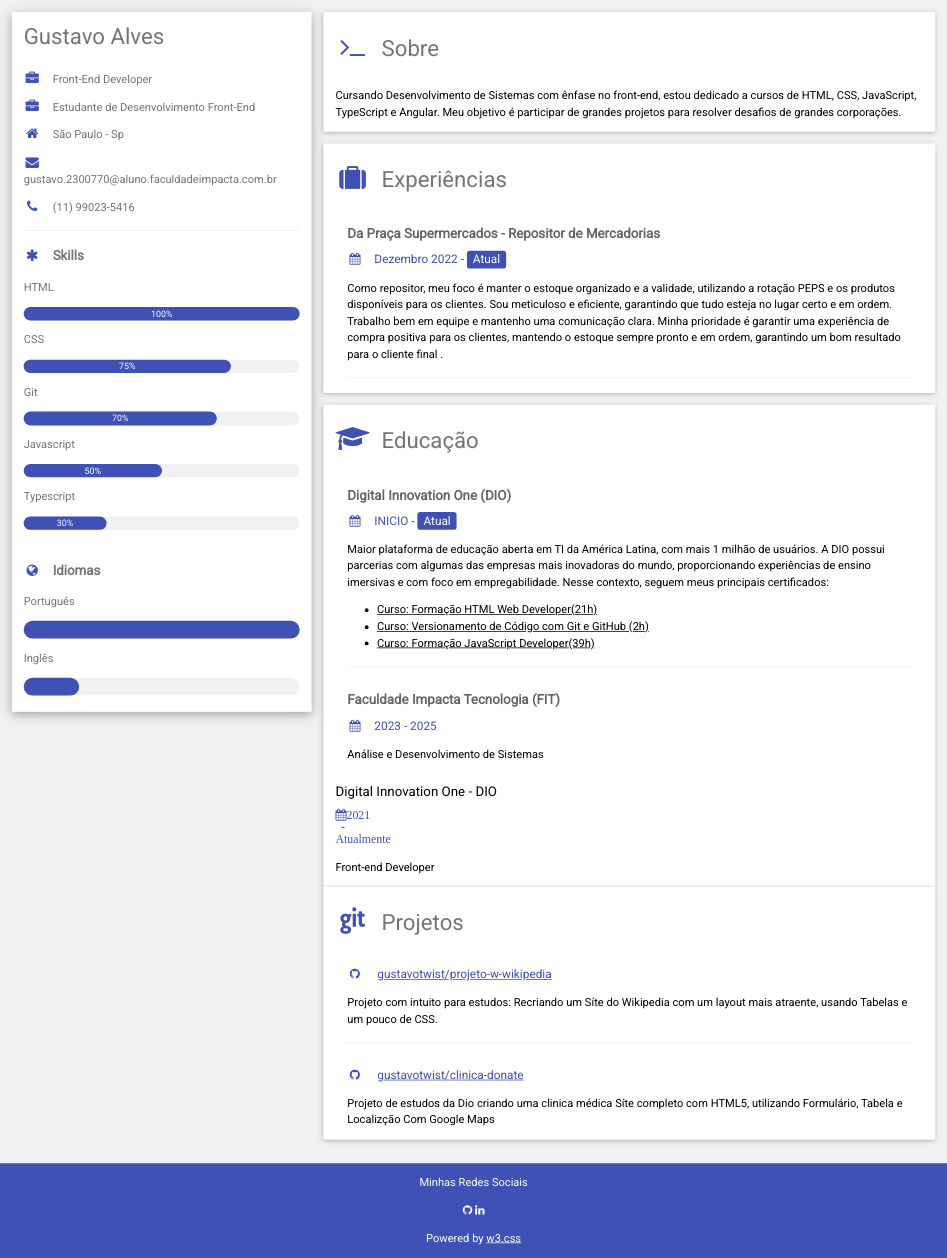
Repository: gustavotwist/cv
Page: index.html
The author's editor kept a copy of each file at every save. The page is drawn from the files as they stood at one save, then again after the next save.
The browser window is 1280 px wide. The pictures show the whole page, at 74% of full size.

Above is the page before, as saved 2024-06-19 22:10:26.

### index.html
<!DOCTYPE html>
<!-- @falvojr: Reference article https://www.w3schools.com/howto/howto_website_create_resume.asp -->
<!-- @falvojr: Useful link to use fontawesome (fa) icons: https://fontawesome.com/v4/icons/ -->
<html lang="pt-BR">

  <head>
    <title>Gustavo Alves</title>

    <meta http-equiv="Content-Type" content="text/html; charset=UTF-8">
    <meta name="viewport" content="width=device-width, initial-scale=1">

    <link rel="stylesheet" href="https://www.w3schools.com/w3css/4/w3.css">
    <link rel='stylesheet' href='https://fonts.googleapis.com/css?family=Roboto'>
    <link rel="stylesheet" href="https://cdnjs.cloudflare.com/ajax/libs/font-awesome/4.7.0/css/font-awesome.min.css">

    <style>
      html,body,h1,h2,h3,h4,h5,h6 {font-family: "Roboto", sans-serif}
    </style>

  </head>

  <body class="w3-light-grey" cz-shortcut-listen="true">

    <!-- Page Container -->
    <div class="w3-content w3-margin-top" style="max-width:1400px;">

      <!-- The Grid -->
      <div class="w3-row-padding">

        <!-- Left Column -->
        <div class="w3-third">

          <div class="w3-white w3-text-grey w3-card-4">
            <!-- @falvojr: This container has been modified to not use a profile picture. -->
            <div class="w3-container">
              <h2>Gustavo Alves</h2>
            </div>
            <div class="w3-container">
              <p><i class="fa fa-briefcase fa-fw w3-margin-right w3-large w3-text-indigo"></i>Front-End Developer</p>
              <p><i class="fa fa-briefcase fa-fw w3-margin-right w3-large w3-text-indigo"></i>Estudante de Desenvolvimento Front-End</p>
              <p><i class="fa fa-home fa-fw w3-margin-right w3-large w3-text-indigo"></i>São Paulo - Sp</p>
              <p><i class="fa fa-envelope fa-fw w3-margin-right w3-large w3-text-indigo"></i>gustavo.2300770@aluno.faculdadeimpacta.com.br</p>
              <p><i class="fa fa-phone fa-fw w3-margin-right w3-large w3-text-indigo"></i>(11) 99023-5416</p>
              <hr>

              <p class="w3-large">
                <b><i class="fa fa-asterisk fa-fw w3-margin-right w3-text-indigo"></i>Skills</b>
              </p>
              <p>HTML</p>
              <div class="w3-light-grey w3-round-xlarge w3-small">
                <div class="w3-container w3-center w3-round-xlarge w3-indigo" style="width:100%">100%</div>
              </div>
              <p>CSS</p>
              <div class="w3-light-grey w3-round-xlarge w3-small">
                <div class="w3-container w3-center w3-round-xlarge w3-indigo" style="width:75%">75%</div>
              </div>
              <p>Git</p>
              <div class="w3-light-grey w3-round-xlarge w3-small">
                <div class="w3-container w3-center w3-round-xlarge w3-indigo" style="width:70%">70%</div>
              </div>
              <p>Javascript</p>
              <div class="w3-light-grey w3-round-xlarge w3-small">
                <div class="w3-container w3-center w3-round-xlarge w3-indigo" style="width:50%">50%</div>
              </div>
              <p>Typescript</p>
              <div class="w3-light-grey w3-round-xlarge w3-small">
                <div class="w3-container w3-center w3-round-xlarge w3-indigo" style="width:30%">30%</div>
              </div>
              <br>
              <p class="w3-large w3-text-theme">
                <b><i class="fa fa-globe fa-fw w3-margin-right w3-text-indigo"></i>Idiomas</b>
              </p>
              <p>Português</p>
              <div class="w3-light-grey w3-round-xlarge">
                <div class="w3-round-xlarge w3-indigo" style="height:24px;width:100%"></div>
              </div>
              <p>Inglês</p>
              <div class="w3-light-grey w3-round-xlarge">
                <div class="w3-round-xlarge w3-indigo" style="height:24px;width:20%"></div>
              </div>
              <br>
            </div>
          </div><br>

          <!-- End Left Column -->
        </div>

        <!-- Right Column -->
        <div class="w3-twothird">

          <div class="w3-container w3-card w3-white w3-margin-bottom">
            <h2 class="w3-text-grey w3-padding-16"><i class="fa fa-terminal fa-fw w3-margin-right w3-xxlarge w3-text-indigo"></i>Sobre</h2>
            <p>Cursando Desenvolvimento de Sistemas com ênfase no front-end, estou dedicado a cursos de HTML, CSS, JavaScript, TypeScript e Angular. Meu objetivo é participar de grandes projetos para resolver desafios de grandes corporações.</p>
          </div>

          <div class="w3-container w3-card w3-white w3-margin-bottom">
            <h2 class="w3-text-grey w3-padding-16">
              <i class="fa fa-suitcase fa-fw w3-margin-right w3-xxlarge w3-text-indigo"></i>Experiências
            </h2>
            <div class="w3-container">
              <h5 class="w3-opacity"><b>Da Praça Supermercados - Repositor de Mercadorias</b></h5>
              <h6 class="w3-text-indigo"><i class="fa fa-calendar fa-fw w3-margin-right"></i>Dezembro 2022 - <span class="w3-tag w3-indigo w3-round">Atual</span></h6>
              <p>Como repositor, meu foco é manter o estoque organizado e a validade, utilizando a rotação PEPS e os produtos disponíveis para os clientes. Sou meticuloso e eficiente, garantindo que tudo esteja no lugar certo e em ordem. Trabalho bem em equipe e mantenho uma comunicação clara. Minha prioridade é garantir uma experiência de compra positiva para os clientes, mantendo o estoque sempre pronto e em ordem, garantindo um bom resultado para o cliente final .</p>
              <hr>
            </div>
          </div>

          <div class="w3-container w3-card w3-white">
            <h2 class="w3-text-grey w3-padding-16">
              <i class="fa fa-graduation-cap fa-fw w3-margin-right w3-xxlarge w3-text-indigo"></i>Educação
            </h2>
            <div class="w3-container">
              <h5 class="w3-opacity"><b>Digital Innovation One (DIO)</b></h5>
              <h6 class="w3-text-indigo"><i class="fa fa-calendar fa-fw w3-margin-right"></i>INICIO - <span class="w3-tag w3-indigo w3-round">Atual</span></h6>
              <p>
                Maior plataforma de educação aberta em TI da América Latina, com mais 1 milhão de usuários.
                A DIO possui parcerias com algumas das empresas mais inovadoras do mundo, proporcionando experiências
                de ensino imersivas e com foco em empregabilidade. Nesse contexto, seguem meus principais certificados:
              </p>
              <ul>
                <li><a href="https://www.dio.me/certificate/VDSNYTO5" target="_blank">Curso: Formação HTML Web Developer(21h)</a></li>
                <li><a href="https://www.dio.me/certificate/EA66CA6A" target="_blank">Curso: Versionamento de Código com Git e GitHub (2h)</a></li>
                <li><a href="https://www.dio.me/certificate/OST0WIWG" target="_blank">Curso: Formação JavaScript Developer(39h)</a></li>
              </ul>
              <hr>
            </div>
            <div class="w3-container">
              <h5 class="w3-opacity"><b>Faculdade Impacta Tecnologia (FIT)</b></h5>
              <h6 class="w3-text-indigo"><i class="fa fa-calendar fa-fw w3-margin-right"></i>2023 - 2025</h6>
              <p>Análise e Desenvolvimento de Sistemas</p>
            </div>
            <div>
              <h5 class="title school">Digital Innovation One - DIO</h5>
              <h6 class="w3-text-indigo"><i class="fa fa-calendar fa-fw w3-margin-right">2021 - Atualmente</i></h6>
              <p>Front-end Developer</p>

            </div>
          </div>

          <div class="w3-container w3-card w3-white w3-margin-bottom">
            <h2 class="w3-text-grey w3-padding-16">
              <i class="fa fa-git fa-fw w3-margin-right w3-xxlarge w3-text-indigo"></i>Projetos
            </h2>
            <div class="w3-container">
              <h6 class="w3-text-indigo">
                <i class="fa fa-github fa-fw w3-margin-right"></i>
                <a href="https://github.com/gustavotwist/projeto-w-wikipedia" target="_blank">gustavotwist/projeto-w-wikipedia</a>
              </h6>
              <p>Projeto com intuito para estudos: Recriando um Síte do Wikipedia com um layout mais atraente, usando Tabelas e um pouco de CSS.</p>
              <hr>
            </div>
            <div class="w3-container">
              <h6 class="w3-text-indigo">
                <i class="fa fa-github fa-fw w3-margin-right"></i>
                <a href="https://github.com/gustavotwist/clinica-donate" target="_blank">gustavotwist/clinica-donate</a>
              </h6>
              <p>Projeto de estudos da Dio criando uma clinica médica Síte completo com HTML5, utilizando Formulário, Tabela e Localizção Com Google Maps</p>
            </div>
          </div>

          <!-- End Right Column -->
        </div>

        <!-- End Grid -->
      </div>

      <!-- End Page Container -->
    </div>

    <footer class="w3-container w3-indigo w3-center w3-margin-top">
      <p>Minhas Redes Sociais</p>
      <a href="https://github.com/gustavotwist" target="_blank"><i class="fa fa-github w3-hover-opacity"></i></a>
      <a href="https://www.linkedin.com/in/gustavoalves7/" target="_blank"><i class="fa fa-linkedin w3-hover-opacity"></i></a>
      <p>Powered by <a href="https://www.w3schools.com/w3css/default.asp" target="_blank">w3.css</a></p>
    </footer>

  </body>

</html>

After the next save:
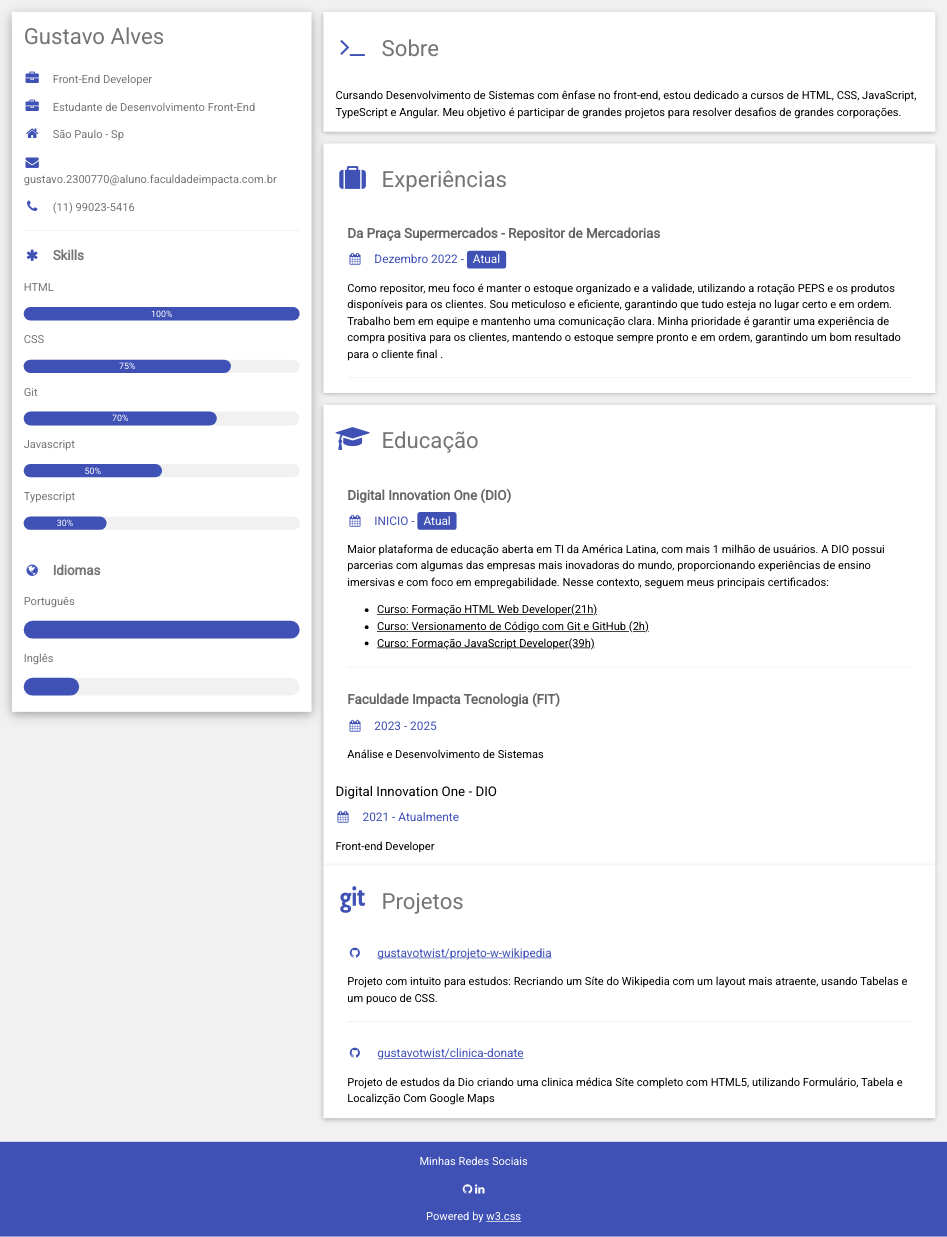
Saved 17 s later.
--- a/index.html
+++ b/index.html
@@ -131,7 +131,7 @@
             </div>
             <div>
               <h5 class="title school">Digital Innovation One - DIO</h5>
-              <h6 class="w3-text-indigo"><i class="fa fa-calendar fa-fw w3-margin-right">2021 - Atualmente</i></h6>
+              <h6 class="w3-text-indigo"><i class="fa fa-calendar fa-fw w3-margin-right"></i>2021 - Atualmente</h6>
               <p>Front-end Developer</p>
 
             </div>
